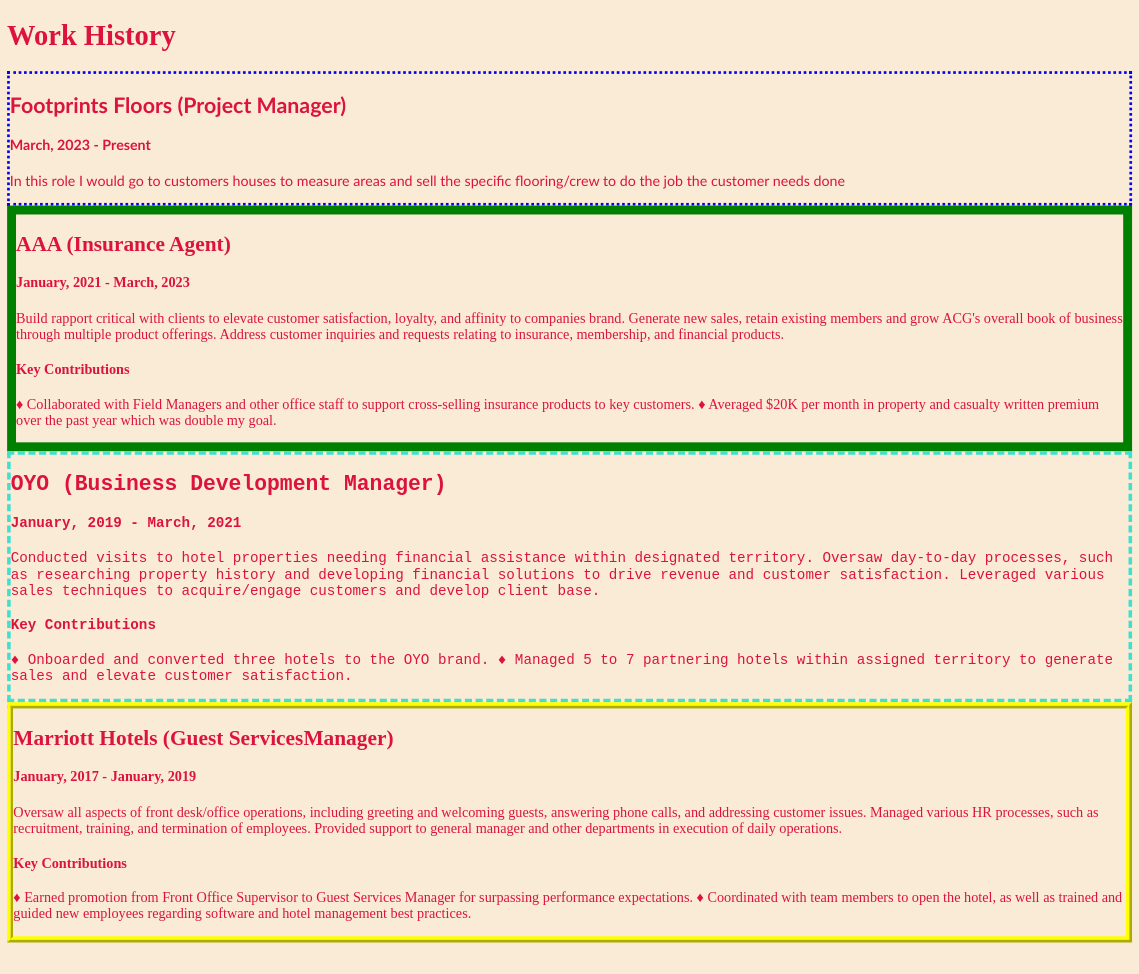
Repository: TEazy2433/LAB-HTML-Resume
Page: index.html
An editor plug-in stored every save of this project. The page is shown before and after the next save, followed by the edit.
The browser window is 1280 px wide. The pictures show the whole page, at 89% of full size.

Above is the page before, as saved 2023-10-11 20:36:42.

### index.html
<!DOCTYPE html>
<html lang="en">
<head>
  <meta charset="UTF-8">
  <meta name="viewport" content="width=device-width, initial-scale=1.0">
  <title>Resume</title>
  <link rel="stylesheet" href="main.css">
  </head>
  <body>

  <script src="main.js"></script>
  </body>
  </html><html></html>
    </head>
      <title>Work History</title>
    </head>
    <body>
      <h1>Work History</h1>
      <article id="articleOne">
        <h2>Footprints Floors (Project Manager)</h2>
        <h4>March, 2023 - Present</h4>
        <section>
          <p>In this role I would go to customers houses to measure areas and sell the specific flooring/crew to do the job the customer needs done</p>
        </section>
      </article>

      <article id="articleTwo">
        <h2>AAA (Insurance Agent)</h2>
        <h4>January, 2021 - March, 2023</h4>
        <section>
          <p>Build rapport critical with clients to elevate customer satisfaction, loyalty, and affinity to companies brand. Generate new sales, retain existing members and grow ACG's overall book of business through multiple product offerings. Address customer inquiries and requests relating to insurance, membership, and financial products.</p>

          <h4>Key Contributions</h4>
          <P>♦ Collaborated with Field Managers and other office staff to support cross-selling insurance products to key customers.
            ♦ Averaged $20K per month in property and casualty written premium over the past year which was double my goal.</P>
        </section>
      </article>

      <article id="articleThree">
        <h2>OYO (Business Development Manager)</h2>
        <h4>January, 2019 - March, 2021</h4>
        <section>
          <p>Conducted visits to hotel properties needing financial assistance within designated territory. Oversaw day-to-day processes, such as researching property history and developing financial solutions to drive revenue and customer satisfaction. Leveraged various sales techniques to acquire/engage customers and develop client base.</p>

          <h4>Key Contributions</h4>
          <P>♦ Onboarded and converted three hotels to the OYO brand.
            ♦ Managed 5 to 7 partnering hotels within assigned territory to generate sales and elevate customer satisfaction.</P>
        </section>
      </article>

      <article id="articleFour">
        <h2>Marriott Hotels (Guest ServicesManager)</h2>
        <h4>January, 2017 - January, 2019</h4>
        <section>
          <p>Oversaw all aspects of front desk/office operations, including greeting and welcoming guests, answering phone calls, and addressing customer issues. Managed various HR processes, such as recruitment, training, and termination of employees. Provided support to general manager and other departments in execution of daily operations.</p>

          <h4>Key Contributions</h4>
          <P>♦ Earned promotion from Front Office Supervisor to Guest Services Manager for surpassing performance expectations.
            ♦ Coordinated with team members to open the hotel, as well as trained and guided new employees regarding software
            and hotel management best practices.</P>
        </section>
      </article>


    </body>

### main.css
body{
  background-color: antiquewhite;
}

h1{
  color: crimson;

}

h2{
  color: crimson;
}

p{
  color:crimson
}

h4{
  color:crimson
}

h5{
  color: crimson
}

#articleOne{
  font-family: 'Gill Sans', 'Gill Sans MT', Calibri, 'Trebuchet MS', sans-serif;
  border: 3px dotted blue
}

#articleTwo{
  font-family: cursive;
  border: 10px solid green
}

#articleThree{
  font-family: 'Courier New', Courier, monospace;
  border: 4px dashed turquoise
}

#articleFour{
  font-family: fantasy;
  border: 7px ridge yellow
}

### main.js
console.log("Resume");

After the next save:
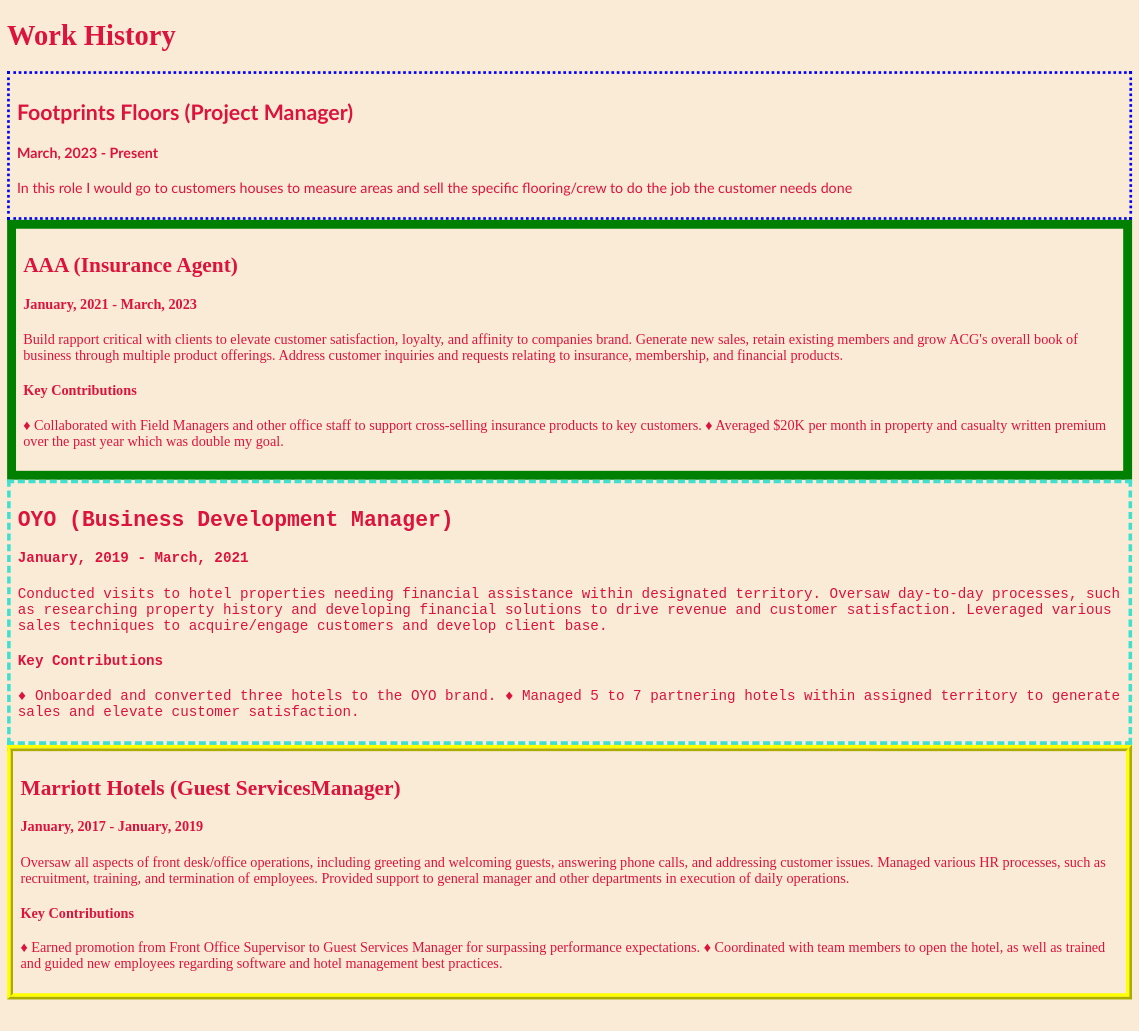
Saved 61 s later.
--- a/main.css
+++ b/main.css
@@ -23,6 +23,11 @@
   color: crimson
 }
 
+article{
+  padding: 8px;
+}
+
+
 #articleOne{
   font-family: 'Gill Sans', 'Gill Sans MT', Calibri, 'Trebuchet MS', sans-serif;
   border: 3px dotted blue
